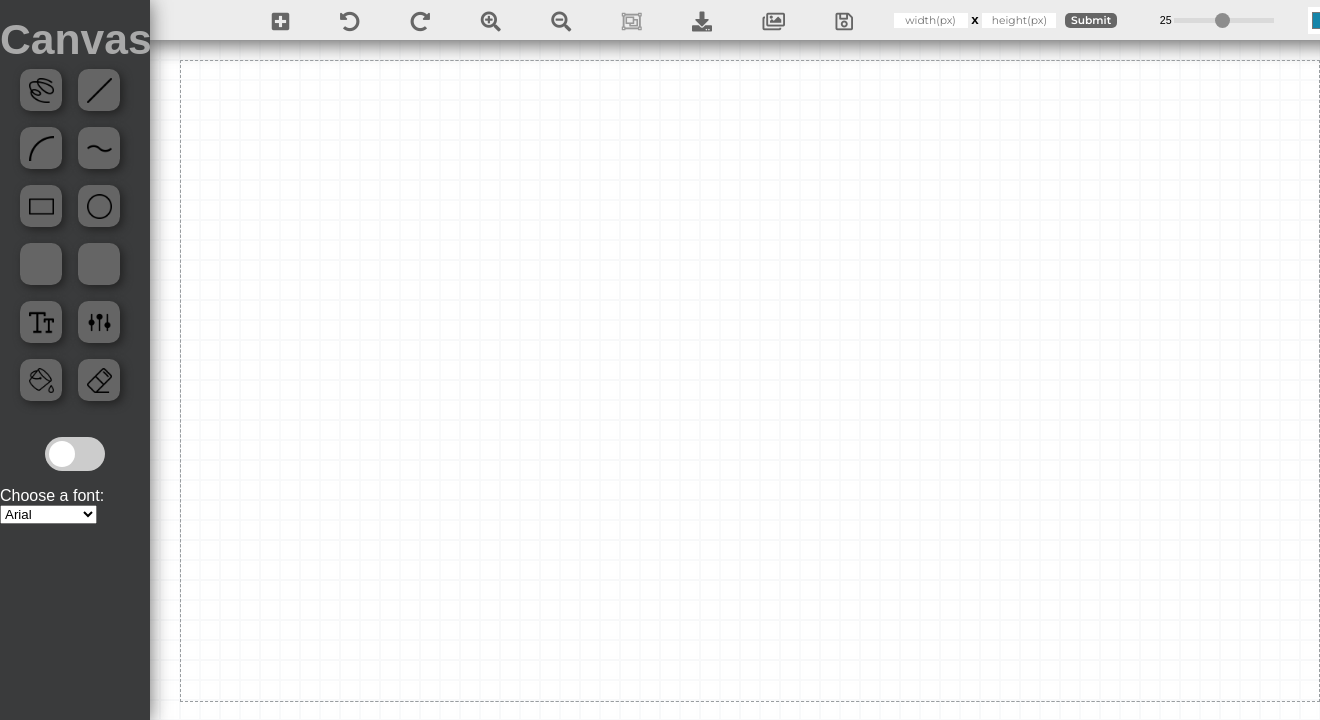
Repository: moryahng/myCanvasProject
Page: index.html
The author's editor kept a copy of each file at every save. The page is drawn from the files as they stood at one save, then again after a run of saves.
The browser window is 1280 px wide. The page is 1320 px wide, so the pictures cover 1320 px, including what lies to the right of the window. The pictures show the whole page.
Some web fonts or font styles are not loaded; a fallback is used.

Above is the page before, as saved 2021-11-11 23:07:38.

### index.html
<!DOCTYPE html>
<html lang="en">
<head>
    <meta charset="UTF-8">
    <meta http-equiv="X-UA-Compatible" content="IE=edge">
    <meta name="viewport" content="width=device-width, initial-scale=1.0">
    <!-- Font Awesome-->
    <link rel="stylesheet" href="https://use.fontawesome.com/releases/v5.15.4/css/all.css" integrity="sha384-DyZ88mC6Up2uqS4h/KRgHuoeGwBcD4Ng9SiP4dIRy0EXTlnuz47vAwmeGwVChigm" crossorigin="anonymous">
    <link rel="stylesheet" href="style.css">
    <title>Canvas</title>
</head>
<input>
    <!-- Navbar -->
    <nav class="nav-bar">
            <div id="description">
            <label id="label-undo" for="undo">Undo</label>
            <label id="label-redo"for="redo">Redo</label>
            <label id="label-colour-fill" for="pri-color">Fill</label>
            <label id="label-colour-border"for="sec-color">Border</label>

        </div>

        <div class="nav-items-container">
            <div class="nav-icon" id="new-btn"><i class="fas fa-plus-square"></i></div>
            <div class="nav-icon" id="undo-btn"><i class="fas fa-undo-alt"></i></div>
            <div class="nav-icon" id="redo-btn"><i class="fas fa-redo-alt"></i></div>
            <div class="nav-icon"><i class="fas fa-search-plus"></i></div>
            <div class="nav-icon"><i class="fas fa-search-minus"></i></div>
            <div class="nav-icon deative"><i class="far fa-object-group"></i></div>
            <div class="nav-icon" id="download-btn"><i class="fas fa-download"></i></div>
            <div class="nav-icon" id="gallery-btn"><i class="far fa-images"></i><!--<a href="./gallery.html"
            onclick="window.open('./gallery.html',
              'newwindow',
              'width=740px,height=660px');
              return false;">
            <i class="far fa-images"></i></a>--></div>
            <div class="nav-icon" id="add-btn"><i class="far fa-save"></i></div>

            <form id="dimension-input">
                <input class="dimension" id="canvas-width" type="text" placeholder="width(px)">
                x
                <input class="dimension" id="canvas-height" type="text" placeholder="height(px)">
                <input class="btn-submit" type="submit" value="Submit">
                <span class="nav-icon checked" id="submit-check"><i class="fas fa-check-circle"></i></span>
            </form>

            <div class="slidecontainer">
                <span id="brush-size-value"></span>
                <div id="brush-size-slider">
                    <input type="range" min="1" max="50" value="25" class="slider" id="brushsize">
                </div>
            </div>

            <div class="colour-picker">
                <input type="color" id="primary-colour" name="pri-color" value="#1685a9">
                <input type="color" id="secondary-colour" name="sec-color" value="#f2be45">
            </div>


        </div>

    </nav>

<!-- Gallery Modal-->
<div id="myModal" class="modal">
<span class="close">&times;</span>
    <div class="gallery-container">
        <div class="gallery-img-container" id="gallery-img-container-1">
            <div class="gallery-img" id="gallery-img-1"><img src="./Images/empty-img.jpeg"></div>
            <div class="gallery-icon-container">
                <div class="nav-icon view-gallery-img" id="view-img-1"><i class="fas fa-eye"></i></div>
                <div class="nav-icon delete-gallery-img" id="delete-img-1"><i class="fas fa-trash-alt"></i></div>
            </div>
        </div>
        <div class="gallery-img-container" id="gallery-img-container-2">
            <div class="gallery-img" id="gallery-img-2"><img src="./Images/empty-img.jpeg"></div>
            <div class="gallery-icon-container">
                <div class="nav-icon view-gallery-img" id="view-img-2"><i class="fas fa-eye"></i></div>
                <div class="nav-icon delete-gallery-img" id="delete-img-2"><i class="fas fa-trash-alt"></i></div>
            </div>

        </div>
        <div class="gallery-img-container" id="gallery-img-container-3">
            <div class="gallery-img" id="gallery-img-3"><img src="./Images/empty-img.jpeg"></div>
            <div class="gallery-icon-container">
                <div class="nav-icon view-gallery-img" id="view-img-3"><i class="fas fa-eye"></i></div>
                <div class="nav-icon delete-gallery-img" id="delete-img-3"><i class="fas fa-trash-alt"></i></div>
            </div>

        </div>
        <div class="gallery-img-container" id="gallery-img-container-4">
            <div class="gallery-img" id="gallery-img-4"><img src="./Images/empty-img.jpeg"></div>
            <div class="gallery-icon-container">
                <div class="nav-icon view-gallery-img" id="view-img-4"><i class="fas fa-eye"></i></div>
                <div class="nav-icon delete-gallery-img" id="delete-img-4"><i class="fas fa-trash-alt"></i></div>
            </div>
        </div>
        <div class="gallery-img-container" id="gallery-img-container-5">
            <div class="gallery-img" id="gallery-img-5"><img src="./Images/empty-img.jpeg"></div>
            <div class="gallery-icon-container">
                <div class="nav-icon view-gallery-img" id="view-img-5"><i class="fas fa-eye"></i></div>
                <div class="nav-icon delete-gallery-img" id="delete-img-5"><i class="fas fa-trash-alt"></i></div>
            </div>
        </div>
        <div class="gallery-img-container" id="gallery-img-container-6">
            <div class="gallery-img" id="gallery-img-6"><img src="./Images/empty-img.jpeg"></div>
            <div class="gallery-icon-container">
                <div class="nav-icon view-gallery-img" id="view-img-6"><i class="fas fa-eye"></i></div>
                <div class="nav-icon delete-gallery-img" id="delete-img-6"><i class="fas fa-trash-alt"></i></div>
            </div>
        </div>
        <div class="gallery-img-container" id="gallery-img-container-7">
            <div class="gallery-img" id="gallery-img-7"><img src="./Images/empty-img.jpeg"></div>
            <div class="gallery-icon-container">
                <div class="nav-icon view-gallery-img" id="view-img-7"><i class="fas fa-eye"></i></div>
                <div class="nav-icon delete-gallery-img" id="delete-img-7"><i class="fas fa-trash-alt"></i></div>
            </div>
        </div>
        <div class="gallery-img-container" id="gallery-img-container-8">
            <div class="gallery-img" id="gallery-img-8"><img src="./Images/empty-img.jpeg"></div>
            <div class="gallery-icon-container">
                <div class="nav-icon view-gallery-img" id="view-img-8"><i class="fas fa-eye"></i></div>
                <div class="nav-icon delete-gallery-img" id="delete-img-8"><i class="fas fa-trash-alt"></i></div>
            </div>
        </div>
        <div class="gallery-img-container" id="gallery-img-container-9">
            <div class="gallery-img" id="gallery-img-9"><img src="./Images/empty-img.jpeg"></div>
            <div class="gallery-icon-container">
                <div class="nav-icon view-gallery-img" id="view-img-9"><i class="fas fa-eye"></i></div>
                <div class="nav-icon delete-gallery-img" id="delete-img-9"><i class="fas fa-trash-alt"></i></div>
            </div>
        </div>
        <div class="gallery-img-container" id="gallery-img-container-10">
            <div class="gallery-img" id="gallery-img-10"><img src="./Images/empty-img.jpeg"></div>
            <div class="gallery-icon-container">
                <div class="nav-icon view-gallery-img" id="view-img-10"><i class="fas fa-eye"></i></div>
                <div class="nav-icon delete-gallery-img" id="delete-img-10"><i class="fas fa-trash-alt"></i></div>
            </div>
        </div>
        <div class="gallery-img-container" id="gallery-img-container-11">
            <div class="gallery-img" id="gallery-img-11"><img src="./Images/empty-img.jpeg"></div>
            <div class="gallery-icon-container">
                <div class="nav-icon view-gallery-img" id="view-img-11"><i class="fas fa-eye"></i></div>
                <div class="nav-icon delete-gallery-img" id="delete-img-11"><i class="fas fa-trash-alt"></i></div>
            </div>
        </div>
        <div class="gallery-img-container" id="gallery-img-container-12">
            <div class="gallery-img" id="gallery-img-12"><img src="./Images/empty-img.jpeg"></div>
            <div class="gallery-icon-container">
                <div class="nav-icon view-gallery-img" id="view-img-12"><i class="fas fa-eye"></i></div>
                <div class="nav-icon delete-gallery-img" id="delete-img-12"><i class="fas fa-trash-alt"></i></div>
            </div>
        </div>
    </div>
</div>


    <!-- Canvas -->
    <div id="canvas-container">
        <canvas
          id="canvas-real"
          class="canvas"
          width="1138px"
          height="640px"
        ></canvas>
        <canvas
          id="canvas-draft"
          class="canvas"
          width="1138px"
          height="640px"
        ></canvas>
      </div>

      <!-- pris added - Input Text -->
      <input id="textInput" class="" placeholder="type here and press enter" name="inputField" value="" style="display: none"></input>

          <!-- Tools bar -->
    <nav class="tools-bar">
        <h1>Canvas</h1>
        <div class="toolsbar-container">
            <div class="toolsbar-item" id="drawing-line"><img src="./Images/doodle.png" alt="" height="25px" ></div>
            <div class="toolsbar-item" id="drawing-straight-line"><img src="./Images/diagonal-line.png" alt="" height="25px" ></div>
            <div class="toolsbar-item" id="drawing-quadratic-curve"><img src="./Images/curved-line.png" alt="" height="25px" ></div>
            <div class="toolsbar-item" id="drawing-bezier-curve"><img src="./Images/circumflex-accent.png" alt="" height="25px" ></div>
        </div>
        <div class="toolsbar-container">
            <div class="toolsbar-item" id="drawing-rectangle"><img src="./Images/rectangle.png" alt="" height="25px" ></div>
            <div class="toolsbar-item" id="drawing-circle"><img src="./Images/circle.png" alt="" height="25px" ></div>
            <div class="toolsbar-item"><img src="#" alt="" height="25px" ></div>
            <div class="toolsbar-item"><img src="#" alt="" height="25px" ></div>
        </div>
        <div class="toolsbar-container">
            <div class="toolsbar-item" id="insert-text"><img src="./Images/text.png" alt="" height="25px" ></div>
            <div class="toolsbar-item" id="filter"><img src="./Images/filter.png" alt="" height="25px" ></div>
            <div class="toolsbar-item" id="fill-bucket"><img src="./Images/paint-bucket.png" alt="" height="25px" ></div>
            <div class="toolsbar-item" id="eraser"><img src="./Images/eraser.png" alt="" height="25px" ></div>
        </div>

        <div class="toolsbar-container canvas-background">
        <label class="switch">
            <input type="checkbox" id="grid-background">
            <span class="toggleslider round"></span>
          </label>
        </div>
<!-- pris added - Font selector -->
        <div class="font-setting">
            <label for="font">Choose a font:</label>
            <select name="font" id="font-select">
                <option value="Arial" selected>Arial</option>
                <option value="Courier New">Courier New</option>
                <option value="Georgia">Georgia</option>
                <option value="Helvetica">Helvetica</option>
                <option value="Verdana">Verdana</option>
            </select>
        </div>

    </nav>

        <!-- jQuery -->
      <script
        src="https://code.jquery.com/jquery-3.5.1.js"
        integrity="sha256-QWo7LDvxbWT2tbbQ97B53yJnYU3WhH/C8ycbRAkjPDc="
        crossorigin="anonymous"></script>

      <script src="./javascript/canvas-common.js" type="text/javascript"></script>
      <!--Navbar functionality-->
      <script src="./javascript/navbar/canvas-navbar.js" type="text/javascript"></script>
      <script src="./javascript/navbar/new-canvas.js" type="text/javascript"></script>
      <script src="./javascript/navbar/undo.js" type="text/javascript"></script>
      <script src="./javascript/navbar/redo.js" type="text/javascript"></script>
      <script src="./javascript/navbar/zoom-in.js" type="text/javascript"></script>
      <script src="./javascript/navbar/zoom-out.js" type="text/javascript"></script>
      <script src="./javascript/navbar/selection.js" type="text/javascript"></script>
      <script src="./javascript/navbar/save-file.js" type="text/javascript"></script>
      <script src="./javascript/navbar/gallery.js" type="text/javascript"></script>
      <!--Toolsbar functionality-->
      <script src="./javascript/toolsbar/canvas-toolsbar.js" type="text/javascript"></script>
      <script src="./javascript/toolsbar/drawing-line.js" type="text/javascript"></script>
      <script src="./javascript/toolsbar/drawing-straight-line.js" type="text/javascript"></script>
      <script src="./javascript/toolsbar/drawing-quadratic-curve.js" type="text/javascript"></script>
      <script src="./javascript/toolsbar/drawing-bezier-curve.js" type="text/javascript"></script>
      <script src="./javascript/toolsbar/drawing-rectangle.js" type="text/javascript"></script>
      <script src="./javascript/toolsbar/drawing-circle.js" type="text/javascript"></script>
      <script src="./javascript/toolsbar/insert-text.js" type="text/javascript"></script>
      <script src="./javascript/toolsbar/fill-bucket.js" type="text/javascript"></script>
      <script src="./javascript/toolsbar/eraser.js" type="text/javascript"></script>


</body>
</html>

### style.css
@import url('https://fonts.googleapis.com/css2?family=Dongle:wght@300;400;700&family=Montserrat:ital,wght@0,100;0,200;0,300;0,400;0,500;0,600;0,700;0,800;0,900;1,100;1,200;1,300;1,400;1,500;1,600;1,700;1,800;1,900&display=swap');

* {
  font-family: 'Dongle', sans-serif;
}

body {
  background-image: url(./Images/grid-background.png);
  background-repeat: repeat;
  overflow: hidden;
  font-family: 'Montserrat', sans-serif;
}

h1{
    font-weight: 700;
    font-size: 32pt;
    margin-top: 15px;
    margin-bottom: 5px;
    text-align: center;
    color: #a9a9a9;
    font-family: 'Dongle', sans-serif;
}

input{
    background-color: white;
    border: none;
    font-family: 'Montserrat', sans-serif !important;
    text-align: center;
    font-size: 8pt;
}
i{
    margin-top: 5px;
}

#dimension-input{
    margin-right: 10px;
    font-size: 10pt;
    font-weight: 600;
    right: 0;
}
#colour-input{
    display: inline;
}

.dimension{
    width: 70px;
}

.btn-submit{
    font-size: 8pt !important;
    background-color: #666;
    color: white;
    border-radius: 5px;
    margin-left: 5px;
    font-weight: 600;
}

.nav-bar {
  display: flex;
  position: fixed;
  top: 0px;
  height: 40px;
  width: 100%;
  filter: drop-shadow(5px 5px 10px #666);
  background-color: #ececec;
  padding-left: 140px;
}



.slidecontainer {
    display: flex;
    flex-direction: row;
    justify-content: center;
    width: 120px; /* Width of the outside container */
  }

#brush-size-slider{
    display: flex;
    align-items: center;
}

#brush-size-value{
      font-size: 8pt;
      display: block;
}

  /* The slider itself */
  .slider {
    -webkit-appearance: none;  /* Override default CSS styles */
    appearance: none;
    width: 100px; /* Full-width */
    height: 5px; /* Specified height */
    background: #d3d3d3; /* Grey background */
    outline: none; /* Remove outline */
    opacity: 0.7; /* Set transparency (for mouse-over effects on hover) */
    -webkit-transition: .2s; /* 0.2 seconds transition on hover */
    transition: opacity .2s;
  }

  /* Mouse-over effects */
  .slider:hover {
    opacity: 1; /* Fully shown on mouse-over */
  }

  /* The slider handle (use -webkit- (Chrome, Opera, Safari, Edge) and -moz- (Firefox) to override default look) */
  .slider::-webkit-slider-thumb {
    -webkit-appearance: none; /* Override default look */
    appearance: none;
    width: 15px; /* Set a specific slider handle width */
    height: 15px; /* Slider handle height */
    border-radius: 50%;
    background: #666; /* Green background */
    cursor: pointer; /* Cursor on hover */
  }


.colour-container{
    display: block;
}
.colour-label{
    display: inline;
    min-width: 50px;
}

#label-colour-fill{
    display: none;
    font-size: 10pt;
}

#label-colour-border{
    display: none;
    font-size: 10pt;
}
#label-undo{
    display: none;
    font-size: 10pt;
}

#label-redo{
    display: none;
    font-size: 10pt;
}

#description{
    display: flex;
    width: 100px;
    height: 40px;
    align-items: center;
    justify-content: center;
}

.nav-items-container{
    display: flex;
    flex-direction: row;
    height: 40px;
    width: 1200px;
    align-items: center;
    justify-content:space-around;
}

.nav-icon{
    display: block;
    font-size: 20px;
    color: #666;
    padding: 10px;
}

a:link{
  color: #666;
}

a:visited{
  color: #666;
}

.nav-icon.deative{
  color: #999;
}

.nav-icon.checked{
    display: none;
    font-size: 10px;
    color: green;
    margin: 5px 5px;
}

.inactive{
    color: white;
}



.tools-bar {
  position: fixed;
  top: 0px;
  left: 0px;
  height: 100vh;
  width: 150px;
  background-color: #3a3b3c;
  opacity: 60;
  filter: drop-shadow(0px 2px 10px #666);
}

.canvas {
  position: absolute;
  top: 60px;
  left: 180px;
  border: dashed 0.5px #999da0;
}

#canvas-draft {
  background-color: transparent;
}

#canvas-container {
  clear: both;
  height: 640px;
  top: 60px;
  left: 180px;
  overflow: scroll;
}

.toolsbar-container {
  display: grid;
  text-align: center;
  margin-left: 20px;
  margin-right: 20px;
  margin-bottom: 16px;
  grid-template-columns: 42px 42px;
  grid-template-rows: 42px 42px;
  grid-gap: 16px;
}

.canvas-background{
    display: block !important;
    padding-top: 20px;
    justify-content: center;
}

.toolsbar-item{
    background-color:#656565;
    border-radius: 25%;
    padding: 8.5px;
    filter: drop-shadow(3px 3px 5px rgb(34, 34, 34));
}

.toolsbar-item-style{
    color: #666;
    font-size: 22px;
}

/*toggle switch */


/* The switch - the box around the slider */
.switch {
  position: relative;
  display: inline-block;
  width: 60px;
  height: 34px;
}

/* Hide default HTML checkbox */
.switch input {
  opacity: 0;
  width: 0;
  height: 0;
}

/* The slider */
.toggleslider {
  position: absolute;
  cursor: pointer;
  top: 0;
  left: 0;
  right: 0;
  bottom: 0;
  background-color: #ccc;
  -webkit-transition: .4s;
  transition: .4s;
}

.toggleslider:before {
  position: absolute;
  content: "";
  height: 26px;
  width: 26px;
  left: 4px;
  bottom: 4px;
  background-color: white;
  -webkit-transition: .4s;
  transition: .4s;
}

input:checked + .toggleslider {
  background-color: #545454;
}

input:focus + .toggleslider {
  box-shadow: 0 0 1px #545454;
}

input:checked + .toggleslider:before {
  -webkit-transform: translateX(26px);
  -ms-transform: translateX(26px);
  transform: translateX(26px);
}

/* Rounded sliders */
.toggleslider.round {
  border-radius: 34px;
}

.toggleslider.round:before {
  border-radius: 50%;
}

/* pris added */
/* selection change color */

.toolsbar-item:hover{
  background: white;
}

.toolsbar-item:active{
  background: white;
}

/*gallery*/
.modal {
  display: none; /* Hidden by default */
  position: fixed; /* Stay in place */
  z-index: 1; /* Sit on top */
  left: 0;
  top: 0;
  width: 100%; /* Full width */
  height: 100%; /* Full height */
  overflow: auto; /* Enable scroll if needed */
  background-color: rgb(0,0,0); /* Fallback color */
  background-color: rgba(0,0,0,0.4); /* Black w/ opacity */
}

.gallery-container{
  display: grid;
  grid-template-columns: repeat(4, 250px);
  grid-template-rows: repeat(3, 180px);
  grid-gap: 20px;
  margin-top: 80px;
  margin-left: 200px;
}

.gallery-img-container{
  display: flex;
  flex-direction: column;
  background-color: white;
  border-radius: 10px;
  filter: drop-shadow(5px 5px 5px #666);
}

.gallery-img img{
  height: 110px;
  width: 200px;
  margin: 25px 25px 0px 25px ;
  object-fit: cover;
  border: #ececec solid 1px;
}
/* The Close Button */
.close {
  color: white;
  float: right;
  font-size: 50px;
  margin-top: 5%;
  margin-right: 5%;
  font-weight: bold;
}

.close:hover,
.close:focus {
  color:#666;
  text-decoration: none;
  cursor: pointer;
}

.gallery-icon-container{
  display: flex;
  justify-content: center;
}

.gallery-icon-container .nav-icon{
  padding: 2px;
  margin: 0px 10px;
}

/* pris added */

.font-setting label{
  color: white;
}

### Javascript/navbar/new-canvas.js
$("#new-btn").click(function() {
    push();
    contextReal.clearRect(0, 0, canvasReal.width, canvasReal.height);
})

### Javascript/navbar/undo.js
$("#undo-btn").click(function undo() {
    if (step > 0) {

    step--;
    console.log(`undo step: ${step}`)
    let canvaspic = new Image();
    canvaspic.src = userhistory[step];
    canvaspic.onload = function() {
    contextReal.clearRect(0, 0, canvasReal.width, canvasReal.height);
    contextReal.drawImage(canvaspic, 0, 0)
    }
    }

    })

document.addEventListener('keydown', function (event) {
  if (event.ctrlKey && event.key == 'z') {
    if (step > 0) {

      step--;
      console.log(`undo step: ${step}`)
      let canvaspic = new Image();
      canvaspic.src = userhistory[step];
      canvaspic.onload = function() {
      contextReal.clearRect(0, 0, canvasReal.width, canvasReal.height);
      contextReal.drawImage(canvaspic, 0, 0)
      }
      }}
})

### Javascript/navbar/redo.js
$("#redo-btn").click(function redo() {
    if (step < userhistory.length - 1) {
    step++;
    console.log(`redo step: ${step}`)
    let canvaspic = new Image();
    canvaspic.src = userhistory[step];
    canvaspic.onload = function() {
    contextReal.clearRect(0, 0, canvasReal.width, canvasReal.height);
    contextReal.drawImage(canvaspic, 0, 0)
    }
    }

    })

 document.addEventListener('keydown', function (event) {
  if (event.ctrlKey && event.key == 'Z') {
    console.log("redo key")
    if (step < userhistory.length - 1) {
      step++;
      console.log(`redo step: ${step}`)
      let canvaspic = new Image();
      canvaspic.src = userhistory[step];
      canvaspic.onload = function() {
      contextReal.clearRect(0, 0, canvasReal.width, canvasReal.height);
      contextReal.drawImage(canvaspic, 0, 0)
      }
      }}
})

### Javascript/navbar/save-file.js
$("#savef").click(() => {
var link = document.createElement('p');
let name = prompt("Enter name of the file: ")
  link.download = `${name}.png`;
  link.href = document.getElementById('canvas-real').toDataURL()
  link.click();

});

### Javascript/toolsbar/insert-text.js
class InsertText extends PaintFunction {
  constructor(contextReal) {
    super();
    this.contextReal = contextReal;
  }

 onMouseDown(coord, event) {
   this.origX = coord[0];
   this.origY = coord[1];

   $("#textInput").css({
     display: "block",
     position:"absolute",
     font: "12px sans-serif",
    top: event.clientY,
    left: event.clientX,
   });

$("#textInput").keydown((event)=>{
  if (event.key == "Enter"){
    let text = $("#textInput").val();
    this.contextReal.font=""
  }
})

 }



}

Loaded but not shown: Javascript/navbar/gallery.js (224 lines, source omitted); Javascript/toolsbar/drawing-quadratic-curve.js (97 lines, source omitted); Javascript/toolsbar/drawing-rectangle.js (66 lines, source omitted); Javascript/canvas-common.js (62 lines, source omitted); Javascript/navbar/canvas-navbar.js (55 lines, source omitted); Javascript/toolsbar/drawing-straight-line.js (58 lines, source omitted); Javascript/toolsbar/drawing-circle.js (41 lines, source omitted); Javascript/toolsbar/drawing-line.js (50 lines, source omitted); Javascript/toolsbar/eraser.js (44 lines, source omitted); Javascript/toolsbar/canvas-toolsbar.js (34 lines, source omitted); javascript/navbar/zoom-in.js (no stored copy; drawn as an empty file); javascript/navbar/zoom-out.js (no stored copy; drawn as an empty file); javascript/navbar/selection.js (no stored copy; drawn as an empty file); javascript/toolsbar/drawing-bezier-curve.js (no stored copy; drawn as an empty file); javascript/toolsbar/fill-bucket.js (no stored copy; drawn as an empty file)

After the next 4 saves:
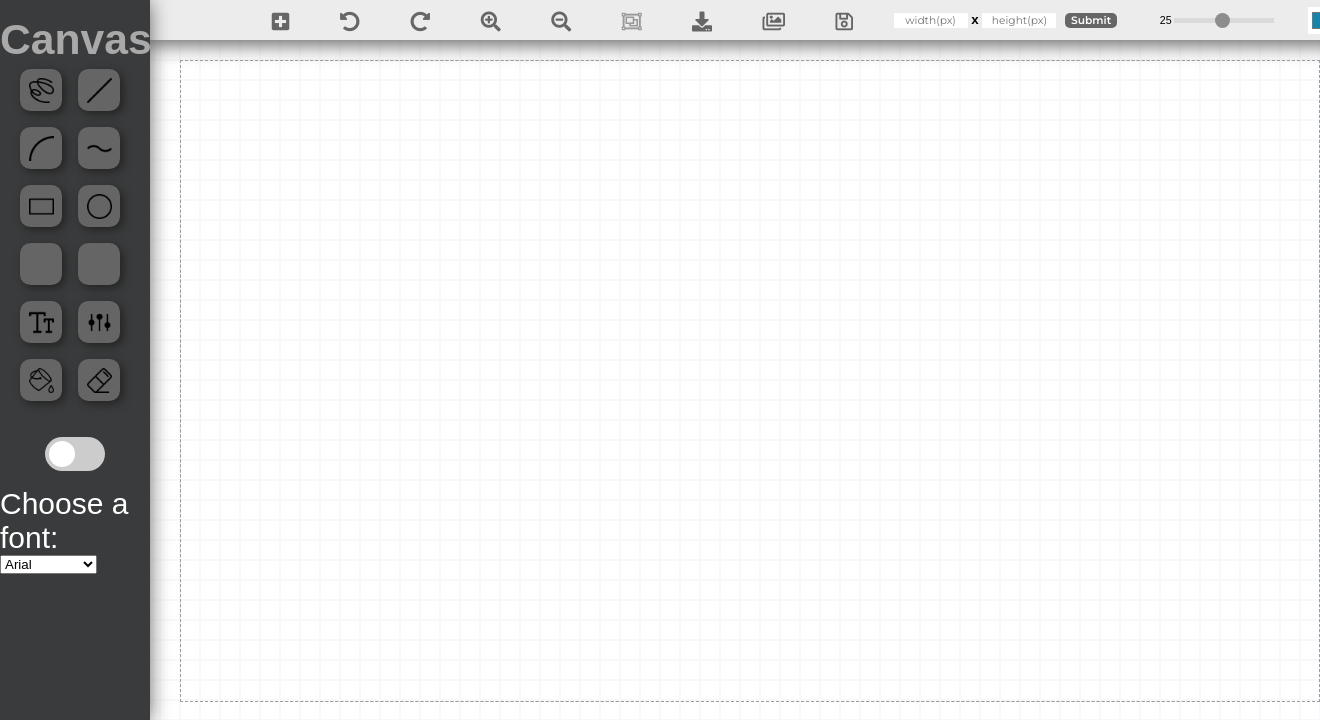
The 4 saves are shown as one change because they came seconds apart.
The last was saved 33 s later.
--- a/style.css
+++ b/style.css
@@ -396,4 +396,5 @@ input:checked + .toggleslider:before {
 
 .font-setting label{
   color: white;
-}
+  font-size: 30px;
+}
